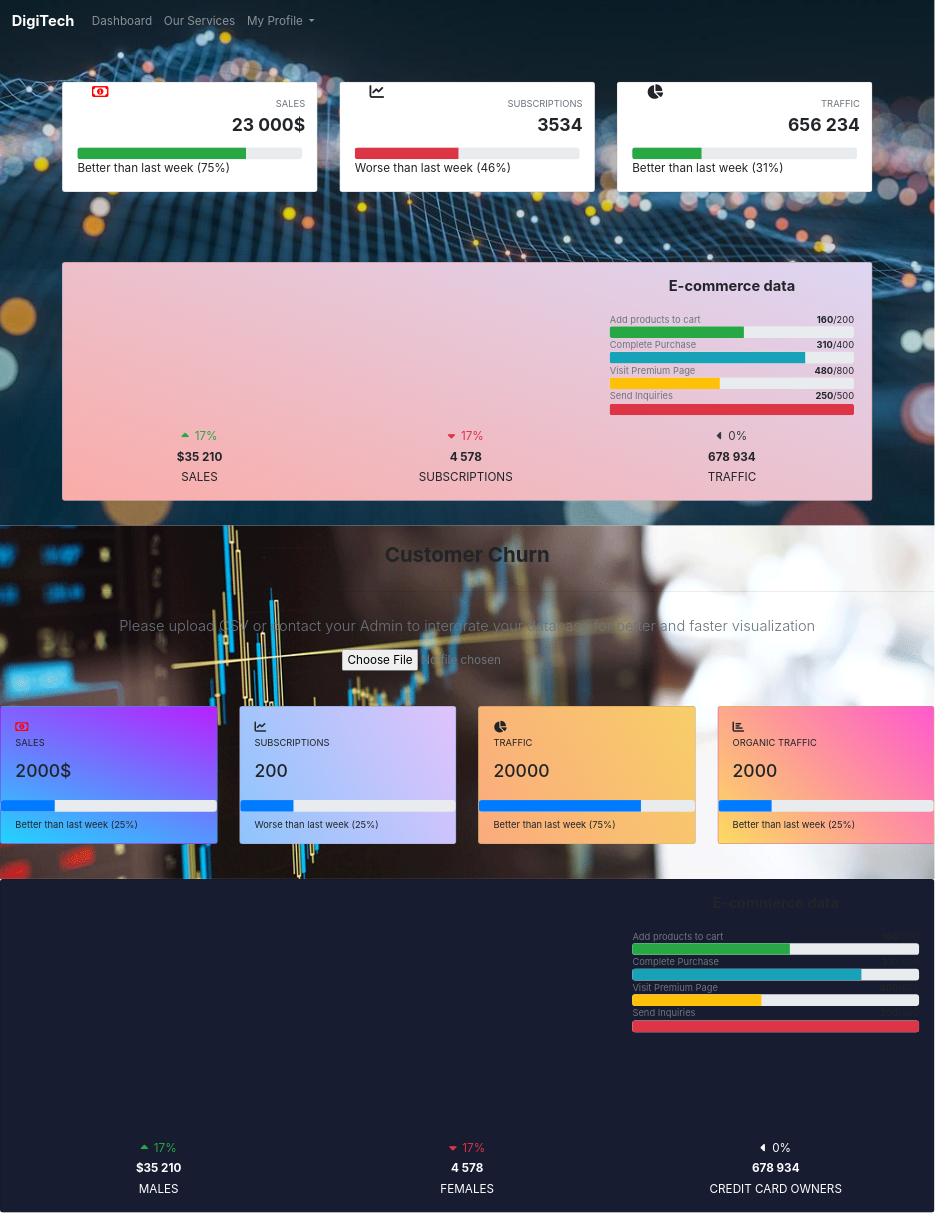
Repository: Tookliin/DigiTech
Page: /data
These files come from the project's save history. The page is drawn as it stood at one moment and after the next save; the edit follows.
The browser window is 1280 px wide. The page is 1295 px wide, so the pictures cover 1295 px, including what lies to the right of the window. The pictures show the whole page, at 73% of full size.
The project was rebuilt for these pictures with package versions that can differ from the ones it lists, and the page was loaded fresh each time. Also part of the build but not shown: src/components/Dashboard.vue, src/components/Profile.vue, src/components/Error.vue, src/components/Register.vue.

Above is the page before, as saved 2020-07-22 08:35:29.

### src/main.js
import Vue from 'vue';
import App from './App.vue';
import VueRouter from 'vue-router';
// import 'bootstrap-icons';
// import 'bootstrap-icons/icons';
import 'jquery';
import 'popper.js';
import 'bootstrap';
import 'bootstrap/dist/css/bootstrap.min.css';
import './assets/css/main.css';
import '@fortawesome/fontawesome-free/css/all.min.css';
import 'bootstrap-css-only/css/bootstrap.min.css';
import Dashboard from './components/Dashboard.vue';
import Profile from './components/Profile';
import Error from './components/Error.vue';
import Register from './components/Register.vue';
import Organization from './components/Organization.vue';

Vue.use(VueRouter);
Vue.config.productionTip = false

const router = new VueRouter({
routes: [
  {path: '/', component: Dashboard},
  {path: '/profile', component: Profile},
  {path: '/register', component: Register},
  {path: '/data', component: Organization},
  {path: '*', component: Error}
],
mode: 'history'
});
new Vue({
  router,
  render: h => h(App)
}).$mount('#app');

### src/App.vue
<template>
  <div id="app">
    <main class="">
  <nav class="navbar fixed-top navbar-expand-lg navbar-dark scrolling-navbar">
        <a class="navbar-brand" href="/"><strong>DigiTech</strong></a>
        <button class="navbar-toggler" type="button" data-toggle="collapse" data-target="#navbarSupportedContent" aria-controls="navbarSupportedContent" aria-expanded="false" aria-label="Toggle navigation">
            <span class="navbar-toggler-icon"></span>
        </button>
        <div class="collapse navbar-collapse" id="navbarSupportedContent">
            <ul class="navbar-nav mr-auto">
              <router-link to="/">
              <a class="nav-link">Dashboard <span class="sr-only">(current)</span></a></router-link>

                <router-link to="/profile">
                  <a class="nav-link" >Our Services</a>
                </router-link>


                 <li class="nav-item dropdown">
          <a class="nav-link dropdown-toggle" id="navbarDropdownMenuLink-4" data-toggle="dropdown" aria-haspopup="true"
            aria-expanded="false">
           My Profile
          </a>
          <div class="dropdown-menu dropdown-menu-right dropdown-info" aria-labelledby="navbarDropdownMenuLink-4">
             <router-link to="/data">
             <a class="dropdown-item">Account</a></router-link>

             <router-link to="/register">
             <a class="dropdown-item">Register</a></router-link>

             <router-link to="/logout">
             <a class="dropdown-item">Log out</a></router-link>



            <!-- <a class="dropdown-item" href="/data">Our Clients</a> -->
          </div>
        </li>
            </ul>
        </div>
    </nav>
    </main>
    <router-view/>
  </div>
</template>
<script>
export default {
  name: "App",
  components:{

  },
  data(){
    return{}
  }
}
</script>

### src/assets/css/main.css
html,
body,
header,
.view {
  height: 100%;
}

.navbar {
    background-color: transparent;
}

@media (max-width: 740px) {
  html,
  body,
  header,
  .view {
    height: 1200px;
  }
}
@media (min-width: 800px) and (max-width: 850px) {
  html,
  body,
  header,
  .view {
    height: 700px;
  }
}

.top-nav-collapse {
  background-color: #39448c !important;
}

.navbar:not(.top-nav-collapse) {
  background: transparent !important;
}

@media (max-width: 991px) {
 .navbar:not(.top-nav-collapse) {
  background: #39448c !important;
 }
}

.far{
    color: red;
}

.dashboard{
    background-color: #21D4FD;
background-image: -webkit-linear-gradient(19deg, #21D4FD 0%, #B721FF 100%);
background-image: -moz-linear-gradient(19deg, #21D4FD 0%, #B721FF 100%);
background-image: -o-linear-gradient(19deg, #21D4FD 0%, #B721FF 100%);
background-image: linear-gradient(19deg, #21D4FD 0%, #B721FF 100%);
}

.profile{
background-color: #D9AFD9;
background-image: -webkit-linear-gradient(0deg, #D9AFD9 0%, #97D9E1 100%);
background-image: -moz-linear-gradient(0deg, #D9AFD9 0%, #97D9E1 100%);
background-image: -o-linear-gradient(0deg, #D9AFD9 0%, #97D9E1 100%);
background-image: linear-gradient(0deg, #D9AFD9 0%, #97D9E1 100%);

}


 .data{
    /* background-color: #FAACA8;
background-image: -webkit-linear-gradient(19deg, #FAACA8 0%, #DDD6F3 100%);
background-image: -moz-linear-gradient(19deg, #FAACA8 0%, #DDD6F3 100%);
background-image: -o-linear-gradient(19deg, #FAACA8 0%, #DDD6F3 100%);
background-image: linear-gradient(19deg, #FAACA8 0%, #DDD6F3 100%); */
background-image: url("../images/dsa.jpg");
background-position: center;
background-size: cover;;

 }

 .client-card{
     background-color: #FAACA8;
background-image: -webkit-linear-gradient(19deg, #FAACA8 0%, #DDD6F3 100%);
background-image: -moz-linear-gradient(19deg, #FAACA8 0%, #DDD6F3 100%);
background-image: -o-linear-gradient(19deg, #FAACA8 0%, #DDD6F3 100%);
background-image: linear-gradient(19deg, #FAACA8 0%, #DDD6F3 100%);
 }

 .customer-churn{
     /* background-attachment: fixed; */
     background-image: url("../images/ad.gif");
     background-position: center;
     background-size: cover;;
 }
.sales{
    background-color: #21D4FD;
    background-image: -webkit-linear-gradient(19deg, #21D4FD 0%, #B721FF 100%);
    background-image: -moz-linear-gradient(19deg, #21D4FD 0%, #B721FF 100%);
    background-image: -o-linear-gradient(19deg, #21D4FD 0%, #B721FF 100%);
    background-image: linear-gradient(19deg, #21D4FD 0%, #B721FF 100%);
}

.subscription{
    background-color: #8EC5FC;
    background-image: -webkit-linear-gradient(62deg, #8EC5FC 0%, #E0C3FC 100%);
    background-image: -moz-linear-gradient(62deg, #8EC5FC 0%, #E0C3FC 100%);
    background-image: -o-linear-gradient(62deg, #8EC5FC 0%, #E0C3FC 100%);
    background-image: linear-gradient(62deg, #8EC5FC 0%, #E0C3FC 100%);

}

.traffic{
    background-color: #FBAB7E;
    background-image: -webkit-linear-gradient(62deg, #FBAB7E 0%, #F7CE68 100%);
    background-image: -moz-linear-gradient(62deg, #FBAB7E 0%, #F7CE68 100%);
    background-image: -o-linear-gradient(62deg, #FBAB7E 0%, #F7CE68 100%);
    background-image: linear-gradient(62deg, #FBAB7E 0%, #F7CE68 100%);

}

.organic{
    background-color: #FBDA61;
    background-image: -webkit-linear-gradient(45deg, #FBDA61 0%, #FF5ACD 100%);
    background-image: -moz-linear-gradient(45deg, #FBDA61 0%, #FF5ACD 100%);
    background-image: -o-linear-gradient(45deg, #FBDA61 0%, #FF5ACD 100%);
    background-image: linear-gradient(45deg, #FBDA61 0%, #FF5ACD 100%);

}

### src/components/Organization.vue
<template>

<div class="">
<div class="data" style="height: 100vh;">

<div class="container ">
    <div class="row">
      <div class="col-lg-4 col-md-12 py-5 my-5">
        <div class="card mt-3">

          <div class="">
            <i class="far fa-money-bill-alt fa-lg primary-color z-depth-2 p-4 ml-3 mt-n3 rounded text-black"></i>
            <div class="float-right text-right p-3">
              <p class="text-uppercase text-muted mb-1"><small>sales</small></p>
              <h4 class="font-weight-bold mb-0">23 000$</h4>
            </div>
          </div>

          <div class="card-body pt-0">
            <div class="progress md-progress">
              <div class="progress-bar bg-success" role="progressbar" style="width: 75%" aria-valuenow="75" aria-valuemin="0"
                aria-valuemax="100"></div>
            </div>
            <p class="card-text">Better than last week (75%)</p>
          </div>
        </div>
      </div>

      <div class="col-lg-4 col-md-6 my-5 py-5">
        <div class="card mt-3">
          <div class="">
            <i class="fas fa-chart-line fa-lg teal z-depth-2 p-4 ml-3 mt-n3 rounded text-black"></i>
            <div class="float-right text-right p-3">
              <p class="text-uppercase text-muted mb-1"><small>subscriptions</small></p>
              <h4 class="font-weight-bold mb-0">3534</h4>
            </div>
          </div>
          <div class="card-body pt-0">
            <div class="progress md-progress">
              <div class="progress-bar bg-danger" role="progressbar" style="width: 46%" aria-valuenow="46" aria-valuemin="0"
                aria-valuemax="100"></div>
            </div>
            <p class="card-text">Worse than last week (46%)</p>
          </div>
        </div>
      </div>

      <div class="col-lg-4 col-md-6 my-5 py-5">
        <div class="card mt-3">
          <div class="">
            <i class="fas fa-chart-pie fa-lg purple z-depth-2 p-4 ml-3 mt-n3 rounded text-black"></i>
            <div class="float-right text-right p-3">
              <p class="text-uppercase text-muted mb-1"><small>traffic</small></p>
              <h4 class="font-weight-bold mb-0">656 234</h4>
            </div>
          </div>
          <div class="card-body pt-0">
            <div class="progress md-progress">
              <div class="progress-bar bg-success" role="progressbar" style="width: 31%" aria-valuenow="31" aria-valuemin="0"
                aria-valuemax="100"></div>
            </div>
            <p class="card-text">Better than last week (31%)</p>
          </div>
        </div>
      </div>
    </div>


    <!-- Client Behaviour -->
 <section>
      <div class=" client-card card">
        <div class="card-body mr-md-1">
          <div class="row mb-3">
            <div class="col-md-8 mb-4">
              <canvas id="barChart" height="100"></canvas>
            </div>
            <div class="col-md-4 mb-1 mb-md-0">
              <h5 class="text-center font-weight-bold mb-4">E-commerce data</h5>
              <div class="d-flex justify-content-between">
                <small class="text-muted">Add products to cart</small>
                <small><span><strong>160</strong></span>/<span></span>200</small>
              </div>
              <div class="progress md-progress">
                <div class="progress-bar bg-success" role="progressbar" style="width: 55%" aria-valuenow="55"
                  aria-valuemin="0" aria-valuemax="100"></div>
              </div>
              <div class="d-flex justify-content-between">
                <small class="text-muted">Complete Purchase</small>
                <small><span><strong>310</strong></span>/<span></span>400</small>
              </div>
              <div class="progress md-progress">
                <div class="progress-bar bg-info" role="progressbar" style="width: 80%" aria-valuenow="80"
                  aria-valuemin="0" aria-valuemax="100"></div>
              </div>
              <div class="d-flex justify-content-between">
                <small class="text-muted">Visit Premium Page</small>
                <small><span><strong>480</strong></span>/<span></span>800</small>
              </div>
              <div class="progress md-progress">
                <div class="progress-bar bg-warning" role="progressbar" style="width: 45%" aria-valuenow="45"
                  aria-valuemin="0" aria-valuemax="100"></div>
              </div>
              <div class="d-flex justify-content-between">
                <small class="text-muted">Send Inquiries</small>
                <small><span><strong>250</strong></span>/<span></span>500</small>
              </div>
              <div class="progress md-progress">
                <div class="progress-bar bg-danger" role="progressbar" style="width: 100%" aria-valuenow="100"
                  aria-valuemin="0" aria-valuemax="100"></div>
              </div>
            </div>
          </div>
          <div class="row text-center">
            <div class="col-md-4 mb-4 mb-md-0">
              <p class="text-success mb-1"><i class="fas fa-caret-up mr-2"></i>17%</p>
              <p class="font-weight-bold mb-1">$35 210</p>
              <p class="text-uppercase mb-md-0">Sales</p>
            </div>
            <div class="col-md-4 mb-4 mb-md-0">
              <p class="text-danger mb-1"><i class="fas fa-caret-down mr-2"></i>17%</p>
              <p class="font-weight-bold mb-1">4 578</p>
              <p class="text-uppercase mb-md-0">Subscriptions</p>
            </div>
            <div class="col-md-4 mb-0">
              <p class="text-dark mb-1"><i class="fas fa-caret-left mr-2"></i>0%</p>
              <p class="font-weight-bold mb-1">678 934</p>
              <p class="text-uppercase mb-0">Traffic</p>
            </div>
          </div>
        </div>
      </div>
    </section>
    </div>
    </div>

<!-- Customer Churn -->
<section class=" customer-churn py-4">

    <h3 class="font-weight-bold text-center dark-grey-text pb-2">
        Customer Churn</h3>
    <hr class="w-header my-4">
    <p class="lead text-center text-muted pt-2 mb-3">Please upload CSV or contact your Admin to intergrate your database for better and faster visualization

    </p>
    <div class="text-center text-muted mb-5">
        <input type="file" name="form" id="form">
        <a class="primary-color"></a>
    </div>


    <div class="row white-text">
      <div class="col-xl-3 col-md-6 mb-4">
        <div class="sales card classic-admin-card primary-color">
          <div class="card-body py-3">
            <i class="far fa-money-bill-alt"></i>
            <p class="small">SALES</p>
            <h4>2000$</h4>
          </div>
          <div class="progress md-progress">
            <div class="progress-bar grey darken-3" role="progressbar" style="width: 25%" aria-valuenow="25" aria-valuemin="0" aria-valuemax="100"></div>
          </div>
          <div class="card-body pt-2 pb-3">
            <p class="small mb-0">Better than last week (25%)</p>
          </div>
        </div>
      </div>

      <div class="col-xl-3 col-md-6 mb-4">
        <div class="subscription card classic-admin-card warning-color">
          <div class="card-body py-3">
            <i class="fas fa-chart-line"></i>
            <p class="small">SUBSCRIPTIONS</p>
            <h4>200</h4>
          </div>
          <div class="progress md-progress">
            <div class="progress-bar bg grey darken-3" role="progressbar" style="width: 25%" aria-valuenow="25" aria-valuemin="0" aria-valuemax="100"></div>
          </div>
          <div class="card-body pt-2 pb-3">
            <p class="small mb-0">Worse than last week (25%)</p>
          </div>
        </div>
      </div>

      <div class="col-xl-3 col-md-6 mb-4">
        <div class="traffic card classic-admin-card light-blue lighten-1">
          <div class="card-body py-3">
            <i class="fas fa-chart-pie"></i>
            <p class="small">TRAFFIC</p>
            <h4>20000</h4>
          </div>
          <div class="progress md-progress">
            <div class="progress-bar grey darken-3" role="progressbar" style="width: 75%" aria-valuenow="75" aria-valuemin="0" aria-valuemax="100"></div>
          </div>
          <div class="card-body pt-2 pb-3">
            <p class="small mb-0">Better than last week (75%)</p>
          </div>
        </div>
      </div>

      <div class="col-xl-3 col-md-6 mb-4">
        <div class="organic card classic-admin-card red accent-2">
          <div class="card-body py-3">
            <i class="fas fa-chart-bar"></i>
            <p class="small">ORGANIC TRAFFIC</p>
            <h4>2000</h4>
          </div>
          <div class="progress md-progress">
            <div class="progress-bar grey darken-3" role="progressbar" style="width: 25%" aria-valuenow="25" aria-valuemin="0" aria-valuemax="100"></div>
          </div>
          <div class="card-body pt-2 pb-3">
            <p class="small mb-0">Better than last week (25%)</p>
          </div>
        </div>
      </div>
    </div>
  </section>


   <section>

    <div class="card" style="background-color: #181C30;">
      <div class="card-body">
               <div class="row text-center  mb-3">
            <div class="col-md-8 mb-4">
              <canvas id="barChart" height="100"></canvas>
            </div>
            <div class="col-md-4 mb-1 mb-md-0">
              <h5 class="text-center font-weight-bold mb-4">E-commerce data</h5>
              <div class="d-flex justify-content-between">
                <small class="text-muted">Add products to cart</small>
                <small><span><strong>160</strong></span>/<span></span>200</small>
              </div>
              <div class="progress md-progress">
                <div class="progress-bar bg-success" role="progressbar" style="width: 55%" aria-valuenow="55"
                  aria-valuemin="0" aria-valuemax="100"></div>
              </div>
              <div class="d-flex justify-content-between">
                <small class="text-muted">Complete Purchase</small>
                <small><span><strong>310</strong></span>/<span></span>400</small>
              </div>
              <div class="progress md-progress">
                <div class="progress-bar bg-info" role="progressbar" style="width: 80%" aria-valuenow="80"
                  aria-valuemin="0" aria-valuemax="100"></div>
              </div>
              <div class="d-flex justify-content-between">
                <small class="text-muted">Visit Premium Page</small>
                <small><span><strong>480</strong></span>/<span></span>800</small>
              </div>
              <div class="progress md-progress">
                <div class="progress-bar bg-warning" role="progressbar" style="width: 45%" aria-valuenow="45"
                  aria-valuemin="0" aria-valuemax="100"></div>
              </div>
              <div class="d-flex justify-content-between">
                <small class="text-muted">Send Inquiries</small>
                <small><span><strong>250</strong></span>/<span></span>500</small>
              </div>
              <div class="progress md-progress">
                <div class="progress-bar bg-danger" role="progressbar" style="width: 100%" aria-valuenow="100"
                  aria-valuemin="0" aria-valuemax="100"></div>
              </div>
            </div>
          </div>

        <canvas id="lineChart" class="mb-4" height="100"></canvas>

        <!--Grid row-->
        <div class="row text-center text-white">


          <!--Grid column-->
          <div class="col-md-4 mb-4 mb-md-0">

            <p class="text-success mb-1"><i class="fas fa-caret-up mr-2"></i>17%</p>
            <p class="font-weight-bold mb-1">$35 210</p>
            <p class="text-uppercase mb-md-0">Males</p>

          </div>
          <!--Grid column-->

          <!--Grid column-->
          <div class="col-md-4 mb-4 mb-md-0">

            <p class="text-danger mb-1"><i class="fas fa-caret-down mr-2"></i>17%</p>
            <p class="font-weight-bold mb-1">4 578</p>
            <p class="text-uppercase mb-md-0">Females</p>

          </div>
          <!--Grid column-->

          <!--Grid column-->
          <div class="col-md-4 mb-0">

            <p class="text-grey mb-1"><i class="fas fa-caret-left mr-2"></i>0%</p>
            <p class="font-weight-bold mb-1">678 934</p>
            <p class="text-uppercase mb-0">Credit Card Owners</p>
          </div>
        </div>

      </div>
    </div>
  </section>


    </div>
</template>
<script>
export default {
    name: 'Profile',
    props:{


    }, data() {
        return {
            male: 8137,
            labels: ["Red", "Blue", "Yellow", "Green", "Purple", "Orange"],




        }
    },
    mounted() {

    this.ctxB = document.getElementById("barChart").getContext('2d');
    this.myBarChart =  {
      type: 'bar',
      data: {
        labels: ["Red", "Blue", "Yellow", "Green", "Purple", "Orange"],
        datasets: [{
          label: '# of Votes',
          data: [12, 19, 3, 5, 2, 3],
          backgroundColor: [
            'rgba(255, 99, 132, 0.2)',
            'rgba(54, 162, 235, 0.2)',
            'rgba(255, 206, 86, 0.2)',
            'rgba(75, 192, 192, 0.2)',
            'rgba(153, 102, 255, 0.2)',
            'rgba(255, 159, 64, 0.2)'
          ],
          borderColor: [
            'rgba(255,99,132,1)',
            'rgba(54, 162, 235, 1)',
            'rgba(255, 206, 86, 1)',
            'rgba(75, 192, 192, 1)',
            'rgba(153, 102, 255, 1)',
            'rgba(255, 159, 64, 1)'
          ],
          borderWidth: 1
        }]
      },
      options: {
        scales: {
          yAxes: [{
            ticks: {
              beginAtZero: true
            }
          }]
        }
      }
    };
    },
    methods: {

    },
}
</script>

Loaded but not shown: public/index.html (common file)

After the next save:
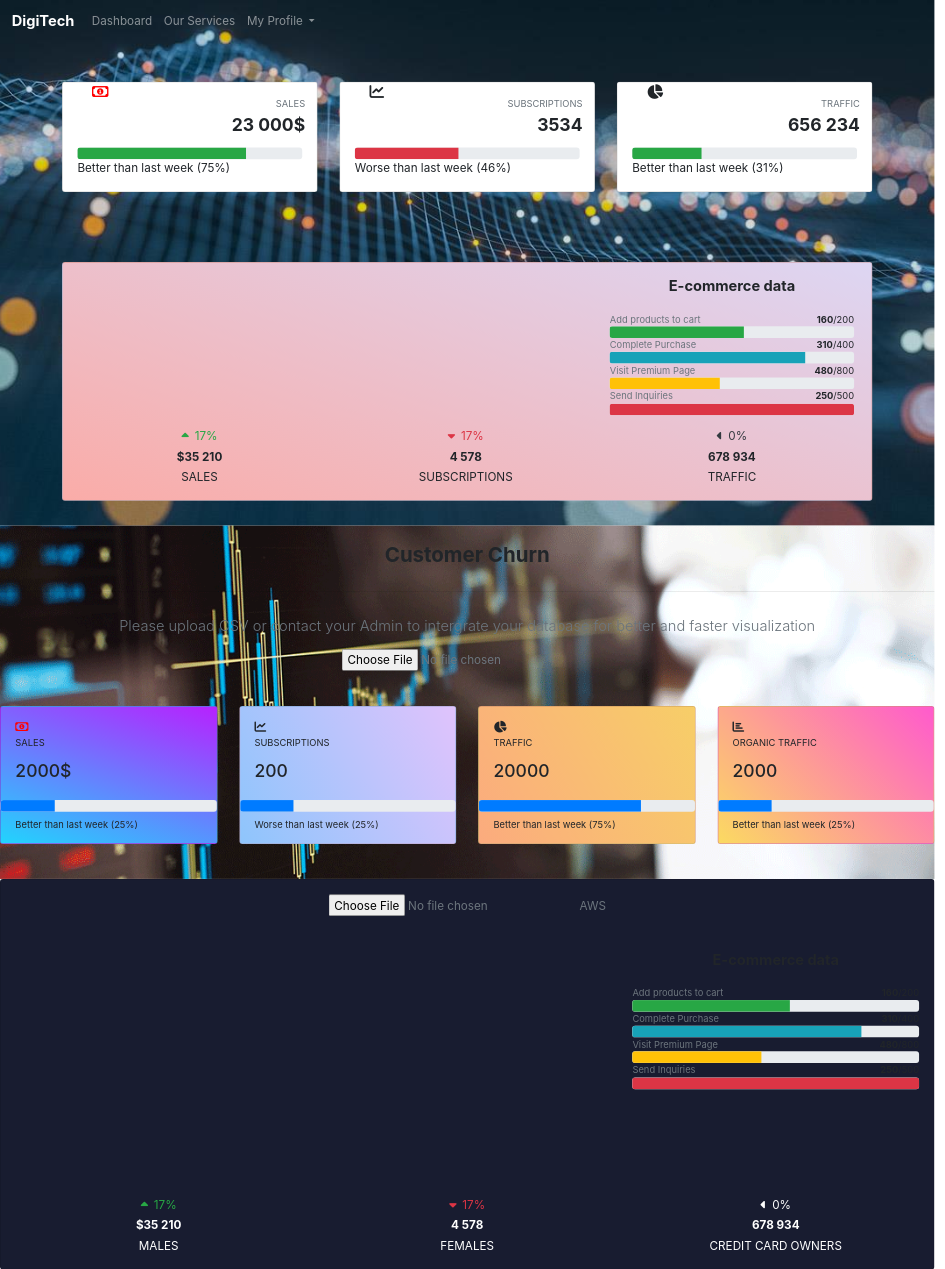
Saved 38 s later.
--- a/src/components/Organization.vue
+++ b/src/components/Organization.vue
@@ -220,6 +220,12 @@
 
     <div class="card" style="background-color: #181C30;">
       <div class="card-body">
+
+            <div class="text-center text-muted mb-5">
+        <input type="file" name="form" id="form">
+                <a class="primary-color">AWS</a>
+                </div>
+
                <div class="row text-center  mb-3">
             <div class="col-md-8 mb-4">
               <canvas id="barChart" height="100"></canvas>
